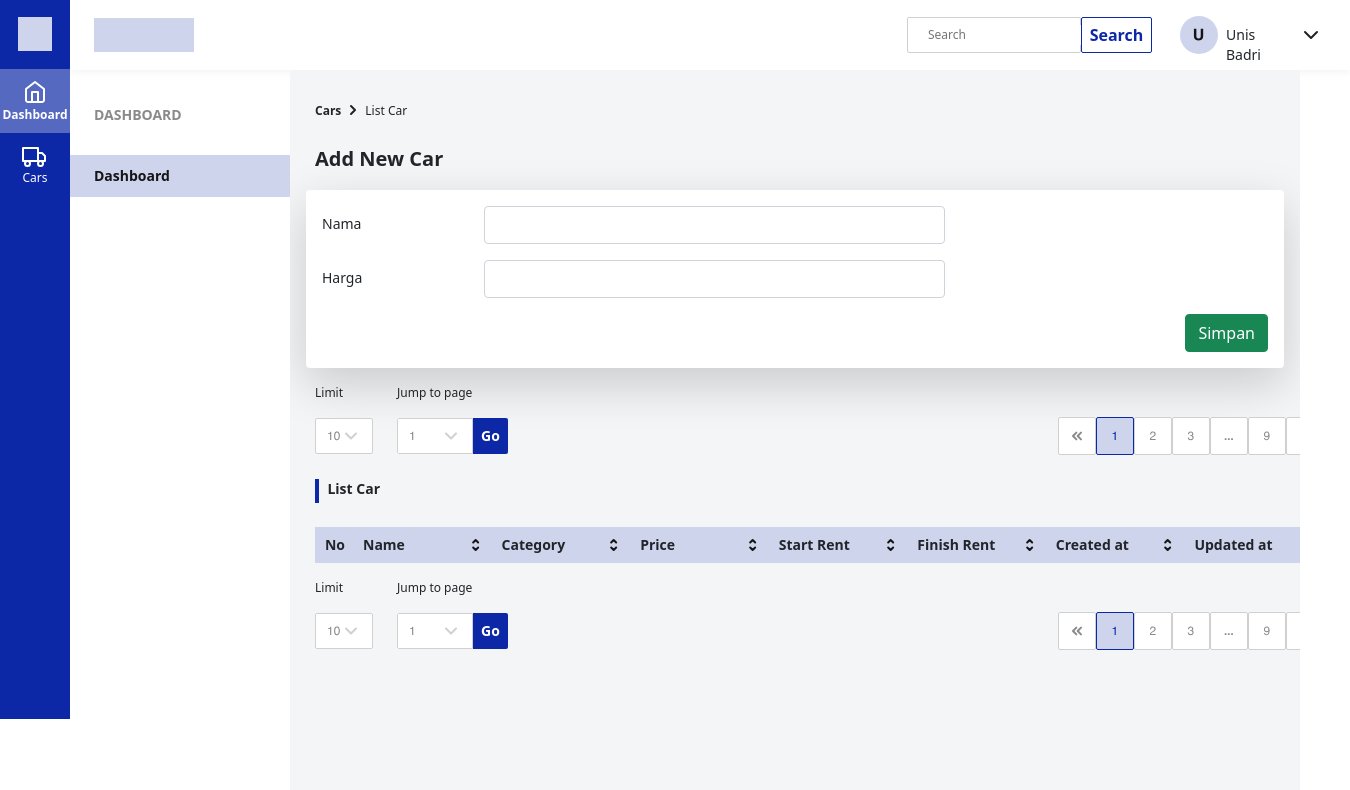
Repository: farrelmuhammad/challenge-7-binar
Page: /carlist/add
These files come from the project's save history. The page is drawn as it stood at one moment and after the next save; the edit follows.
The browser window is 1280 px wide. The page is 1350 px wide, so the pictures cover 1350 px, including what lies to the right of the window. The pictures show the whole page.
The project was rebuilt for these pictures with package versions that can differ from the ones it lists, and the page was loaded fresh each time. Also part of the build but not shown: src/component/navbar.js, src/component/header.js, src/component/footer.js, src/App.js, src/component/admin/Dashboard/index.jsx, src/pages/admin/Dashboard.js, src/component/admin/Cars/index.jsx, src/pages/admin/CarsList.js and 2 more.

Above is the page before, as saved 2022-05-27 21:12:04.

After the next save:
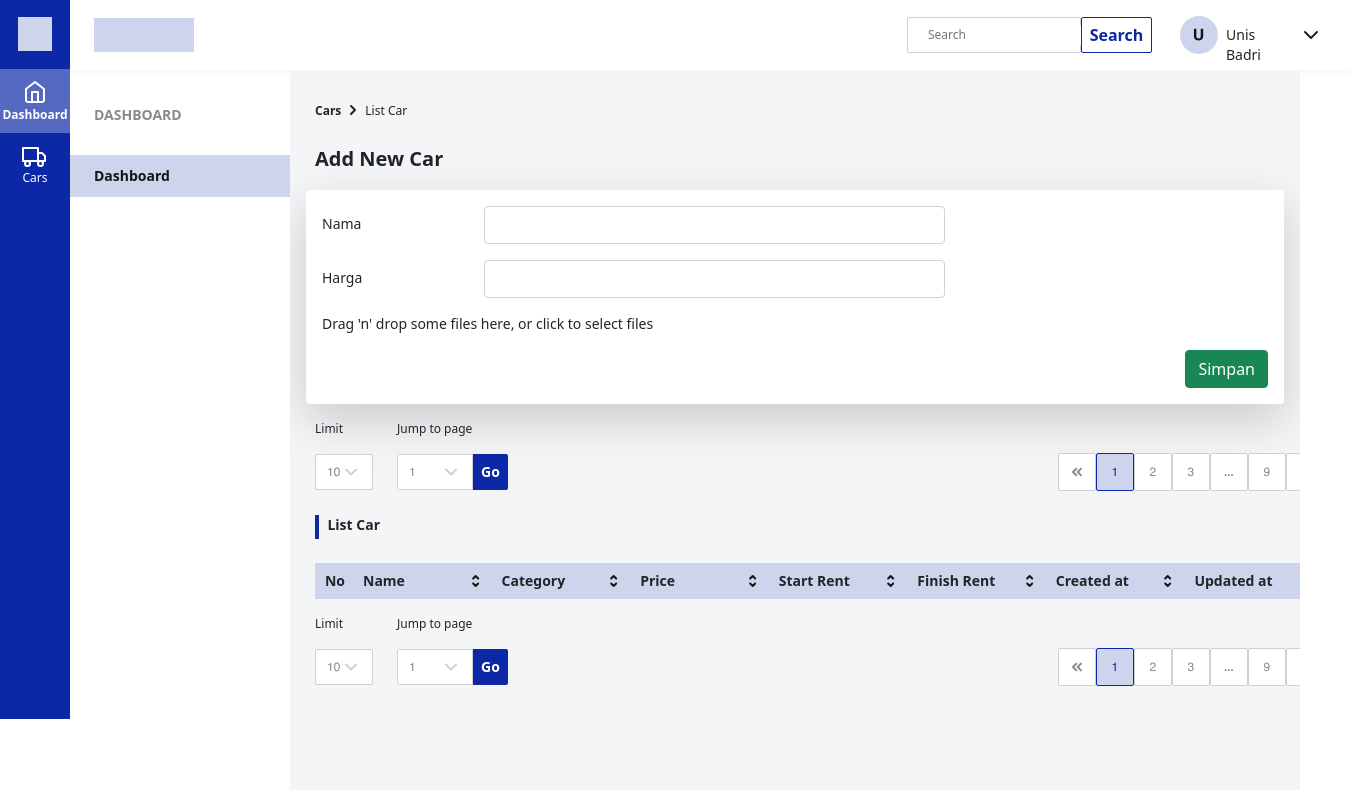
Saved 2 min 25 s later.
--- a/src/component/admin/Cars/add/index.jsx
+++ b/src/component/admin/Cars/add/index.jsx
@@ -1,4 +1,5 @@
 import React from 'react'
+import Dropzone from 'react-dropzone'
 
 export const AddCar = () => {
   return (
@@ -28,6 +29,16 @@
                             <input type="kode" className="form-control" id="inputKode3"/>
                             </div>
                         </div>
+                        <Dropzone onDrop={acceptedFiles => console.log(acceptedFiles)}>
+                            {({getRootProps, getInputProps}) => (
+                                <section>
+                                <div {...getRootProps()}>
+                                    <input {...getInputProps()} />
+                                    <p>Drag 'n' drop some files here, or click to select files</p>
+                                </div>
+                                </section>
+                            )}
+                        </Dropzone>
                         <div className="d-grid gap-2 d-md-flex justify-content-md-end">
                             <button className="btn btn-success" type="button">Simpan</button>
                         </div>

After the save that followed:
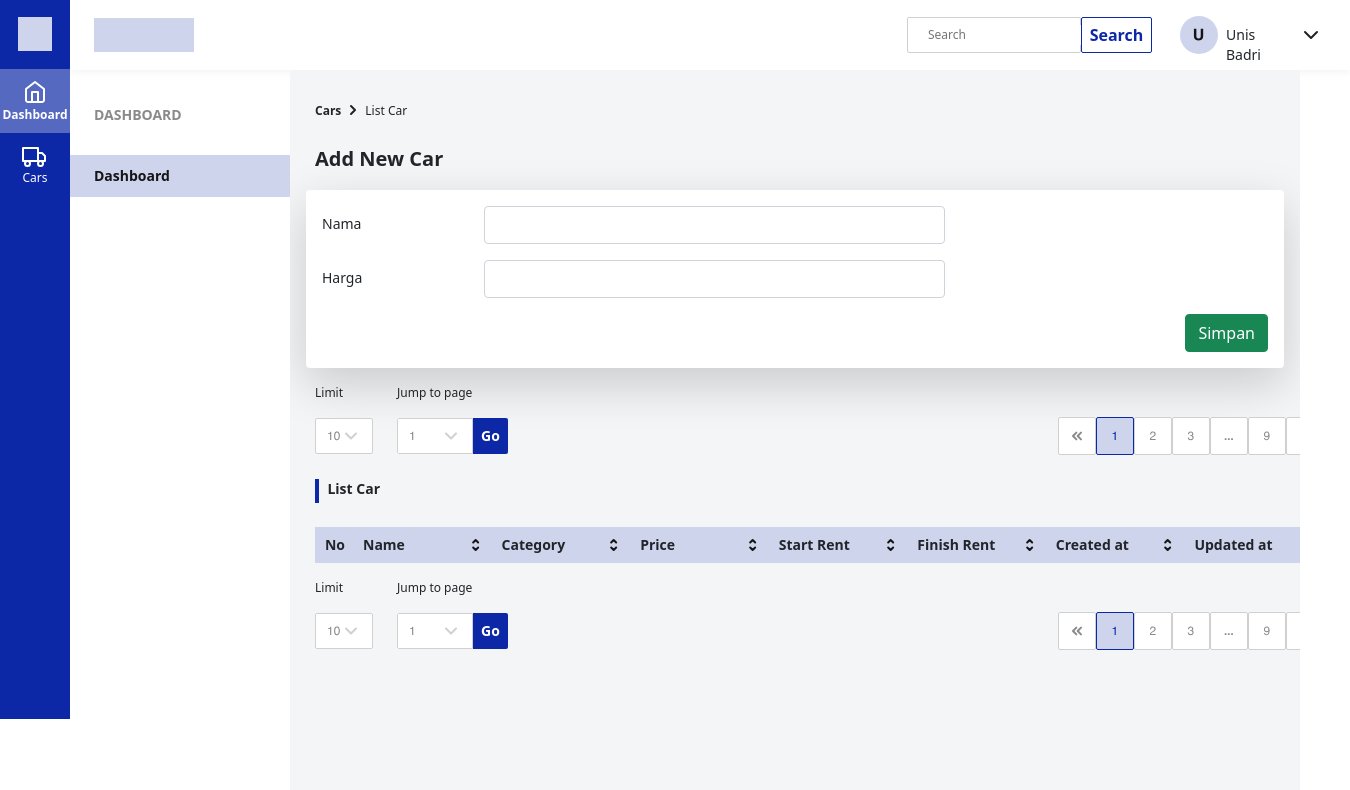
Saved 82 s later.
--- a/src/component/admin/Cars/add/index.jsx
+++ b/src/component/admin/Cars/add/index.jsx
@@ -29,16 +29,7 @@
                             <input type="kode" className="form-control" id="inputKode3"/>
                             </div>
                         </div>
-                        <Dropzone onDrop={acceptedFiles => console.log(acceptedFiles)}>
-                            {({getRootProps, getInputProps}) => (
-                                <section>
-                                <div {...getRootProps()}>
-                                    <input {...getInputProps()} />
-                                    <p>Drag 'n' drop some files here, or click to select files</p>
-                                </div>
-                                </section>
-                            )}
-                        </Dropzone>
+
                         <div className="d-grid gap-2 d-md-flex justify-content-md-end">
                             <button className="btn btn-success" type="button">Simpan</button>
                         </div>
